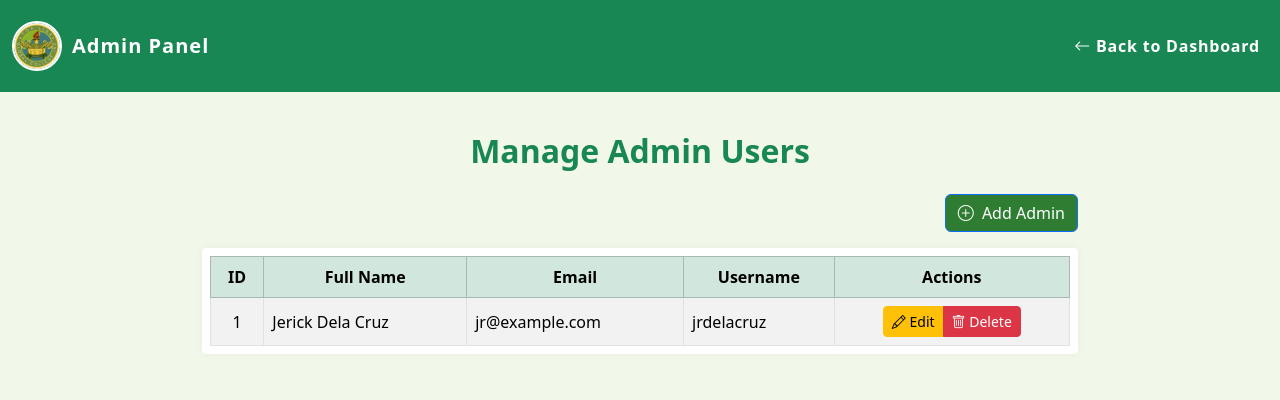
Repository: partymaker01/IT2C_Enrollment_System_SourceCode
Page: http://localhost/IT2C_Enrollment_System_SourceCode/ADMIN/User_Management/manage-admins-users.php
These files come from the project's save history. The page is drawn as it stood at one moment and after the next save; the edit follows.
The browser window is 1280 px wide. The pictures show the whole page.
The page is run by PHP 8.4 with error messages shown; the project is at /var/www/html/.

Above is the page before, as saved 2025-05-31 00:07:58.

### ADMIN/User_Management/manage-admins-users.php
<?php

$admins = [
  ['id' => 1, 'name' => 'Jerick Dela Cruz', 'email' => 'jr@example.com', 'username' => 'jrdelacruz']
];

if ($_SERVER['REQUEST_METHOD'] === 'POST') {
  $newAdmin = [
    'id' => count($admins) + 1,
    'name' => $_POST['fullName'],
    'email' => $_POST['email'],
    'username' => $_POST['username']
  ];
  $admins[] = $newAdmin;
}
?>
<!DOCTYPE html>
<html lang="en">
<head>
  <meta charset="UTF-8" />
  <title>Manage Admin Users</title>
  <meta name="viewport" content="width=device-width, initial-scale=1" />
  <link href="https://cdn.jsdelivr.net/npm/bootstrap@5.3.2/dist/css/bootstrap.min.css" rel="stylesheet" />
  <script src="https://cdn.jsdelivr.net/npm/bootstrap@5.3.2/dist/js/bootstrap.bundle.min.js"></script>
  <link rel="icon" href="favicon.ico" type="image/x-icon">
  <style>
    body {
      background-color: #f1f8e9;
    }
        .navbar {
      background-color: #2e7d32;
    }
    .navbar-brand, .nav-link {
      color: #fff !important;
      font-weight: 600;
      letter-spacing: 0.05em;
    }
    .nav-link:hover {
      color: #c8e6c9 !important;
    }
    .school-logo {
      width: 50px;
      height: 50px;
      object-fit: cover;
      border-radius: 50%;
      margin-right: 10px;
      border: 2px solid #fff;
    }
    .container {
      margin-top: 40px;
      max-width: 900px;
    }
    .modal-header, .btn-primary {
      background-color: #2e7d32;
      color: white;
    }
    .btn-primary:hover, .btn-warning:hover, .btn-danger:hover {
      filter: brightness(0.9);
      transition: filter 0.2s ease-in-out;
    }
    .table-responsive {
      box-shadow: 0 0 10px rgba(0,0,0,0.05);
      border-radius: 0.25rem;
      background: white;
      padding: 0.5rem;
    }
    @media (max-width: 576px) {
      .btn-sm {
        width: 100%;
        margin-bottom: 0.3rem;
      }
      .btn-group-sm > .btn {
        margin-bottom: 0.3rem;
      }
    }
  </style>
</head>
<body>
  <!-- 🟢 Edit Admin Modal -->
<div class="modal fade" id="editAdminModal" tabindex="-1" aria-labelledby="editAdminModalLabel" aria-hidden="true">
  <div class="modal-dialog modal-dialog-centered modal-lg">
    <div class="modal-content">
      <div class="modal-header bg-warning">
        <h5 class="modal-title text-white" id="editAdminModalLabel">Edit Admin</h5>
        <button type="button" class="btn-close btn-close-white" data-bs-dismiss="modal" aria-label="Close"></button>
      </div>
      <div class="modal-body">
        <form id="editForm" method="POST" action="edit.php">
          <input type="hidden" id="editId" name="id">
          <div class="mb-3">
            <label for="editFullName" class="form-label">Full Name</label>
            <input type="text" class="form-control" id="editFullName" name="fullName" required>
          </div>
          <div class="mb-3">
            <label for="editEmail" class="form-label">Email</label>
            <input type="email" class="form-control" id="editEmail" name="email" required>
          </div>
          <div class="mb-3">
            <label for="editUsername" class="form-label">Username</label>
            <input type="text" class="form-control" id="editUsername" name="username" required>
          </div>
          <button type="submit" class="btn btn-warning w-100">Update Admin</button>
        </form>
      </div>
    </div>
  </div>
</div>

<!-- 🔴 Delete Confirmation Modal -->
<div class="modal fade" id="deleteAdminModal" tabindex="-1" aria-labelledby="deleteAdminModalLabel" aria-hidden="true">
  <div class="modal-dialog modal-dialog-centered">
    <div class="modal-content">
      <div class="modal-header bg-danger text-white">
        <h5 class="modal-title" id="deleteAdminModalLabel">Confirm Delete</h5>
        <button type="button" class="btn-close btn-close-white" data-bs-dismiss="modal" aria-label="Close"></button>
      </div>
      <div class="modal-body">
        Are you sure you want to delete this admin?
      </div>
      <div class="modal-footer">
        <form id="deleteForm" method="POST" action="delete.php">
          <input type="hidden" id="deleteId" name="id">
          <button type="button" class="btn btn-secondary" data-bs-dismiss="modal">Cancel</button>
          <button type="submit" class="btn btn-danger">Yes, Delete</button>
        </form>
      </div>
    </div>
  </div>
</div>
  <nav class="navbar navbar-expand-lg navbar-dark bg-success py-3">
  <div class="container-fluid">
    <a class="navbar-brand d-flex align-items-center" href="#">
      <img src="/IT2C_Enrollment_System_SourceCode/picture/tlgc_pic.jpg" alt="School Logo" class="school-logo">
      Admin Panel
    </a>
    <button class="navbar-toggler" type="button" data-bs-toggle="collapse" data-bs-target="#navbarNav" aria-controls="navbarNav" aria-expanded="false" aria-label="Toggle navigation">
      <span class="navbar-toggler-icon"></span>
      </button>
      <div class="collapse navbar-collapse" id="navbarNav">
        <ul class="navbar-nav ms-auto">
          <li class="nav-item"><a class="nav-link" href="/IT2C_Enrollment_System_SourceCode/ADMIN/admin-dashboard.php" class="btn btn-outline-secondary mb-3">
          <i class="bi bi-arrow-left"></i> Back to Dashboard
          </a>
      </ul>
      </div>
    </div>
  </nav>
  <div class="container">
    <h2 class="text-center mb-4 text-success fw-bold">
      Manage Admin Users
    </h2>
    <div class="d-flex justify-content-end mb-3">
      <button class="btn btn-primary" data-bs-toggle="modal" data-bs-target="#addAdminModal">
        <i class="bi bi-plus-circle me-1"></i>
        Add Admin
      </button>
    </div>

    <div class="table-responsive">
      <table class="table table-bordered table-striped align-middle mb-0">
        <thead class="table-success text-center">
          <tr>
            <th>
              ID
            </th>
            <th>
              Full Name
            </th>
            <th>
              Email
            </th>
            <th>
              Username
            </th>
            <th style="min-width:140px;">
              Actions
            </th>
          </tr>
        </thead>
        <tbody>
          <?php foreach ($admins as $admin): ?>
          <tr>
            <td class="text-center"><?= htmlspecialchars($admin['id']) ?></td>
            <td><?= htmlspecialchars($admin['name']) ?></td>
            <td><?= htmlspecialchars($admin['email']) ?></td>
            <td><?= htmlspecialchars($admin['username']) ?></td>
            <td class="text-center">
            <div class="btn-group btn-group-sm" role="group" aria-label="Admin Actions">
              <button class="btn btn-warning" title="Edit" onclick="editData(<?= $admin['id'] ?>)">
                <i class="bi bi-pencil"></i> Edit
              </button>
              <button class="btn btn-danger" title="Delete" onclick="deleteData(<?= $admin['id'] ?>)">
                <i class="bi bi-trash"></i> Delete
              </button>
            </div>
          </td>
          </tr>
          <?php endforeach; ?>
        </tbody>
      </table>
    </div>
  </div>


  <div class="modal fade" id="addAdminModal" tabindex="-1" aria-labelledby="addAdminModalLabel" aria-hidden="true">
    <div class="modal-dialog modal-dialog-centered modal-lg">
      <div class="modal-content">
        <div class="modal-header">
          <h5 class="modal-title" id="addAdminModalLabel">
            Add New Admin
          </h5>
          <button type="button" class="btn-close btn-close-white" data-bs-dismiss="modal" aria-label="Close"></button>
        </div>
        <div class="modal-body">
          <form method="POST" novalidate>
            <div class="mb-3">
              <label for="fullName" class="form-label">
                Full Name
              </label>
              <input
                type="text"
                class="form-control"
                id="fullName"
                name="fullName"
                placeholder="Enter full name"
                required
              />
              <div class="invalid-feedback">
                Please enter the full name.
              </div>
            </div>
            <div class="mb-3">
              <label for="email" class="form-label">
                Email
              </label>
              <input
                type="email"
                class="form-control"
                id="email"
                name="email"
                placeholder="Enter email address"
                required
              />
              <div class="invalid-feedback">
                Please enter a valid email address.
              </div>
            </div>
            <div class="mb-3">
              <label for="username" class="form-label">
                Username
              </label>
              <input
                type="text"
                class="form-control"
                id="username"
                name="username"
                placeholder="Enter username"
                required
              />
              <div class="invalid-feedback">
                Please enter a username.
              </div>
            </div>
            <div class="mb-3">
              <label for="password" class="form-label">
                Password
              </label>
              <input
                type="password"
                class="form-control"
                id="password"
                name="password"
                placeholder="Enter password"
                required
              />
              <div class="invalid-feedback">
                Please enter a password.
              </div>
            </div>
            <button type="submit" class="btn btn-primary w-100">
              Save Admin
            </button>
          </form>
        </div>
      </div>
    </div>
  </div>

  <script>
    function editData(id) {
    window.location.href = 'edit.php?id=' + id;
  }

  function deleteData(id) {
    if (confirm('Are you sure you want to delete this record?')) {
      window.location.href = 'delete.php?id=' + id;
    }
  }
    (() => {
      'use strict';
      const forms = document.querySelectorAll('form');

      Array.from(forms).forEach(form => {
        form.addEventListener('submit', event => {
          if (!form.checkValidity()) {
            event.preventDefault();
            event.stopPropagation();
          }
          form.classList.add('was-validated');
        }, false);
      });
    })();
  </script>

  <link
    rel="stylesheet"
    href="https://cdn.jsdelivr.net/npm/bootstrap-icons@1.10.5/font/bootstrap-icons.css"
  />
</body>
</html>

After the next save:
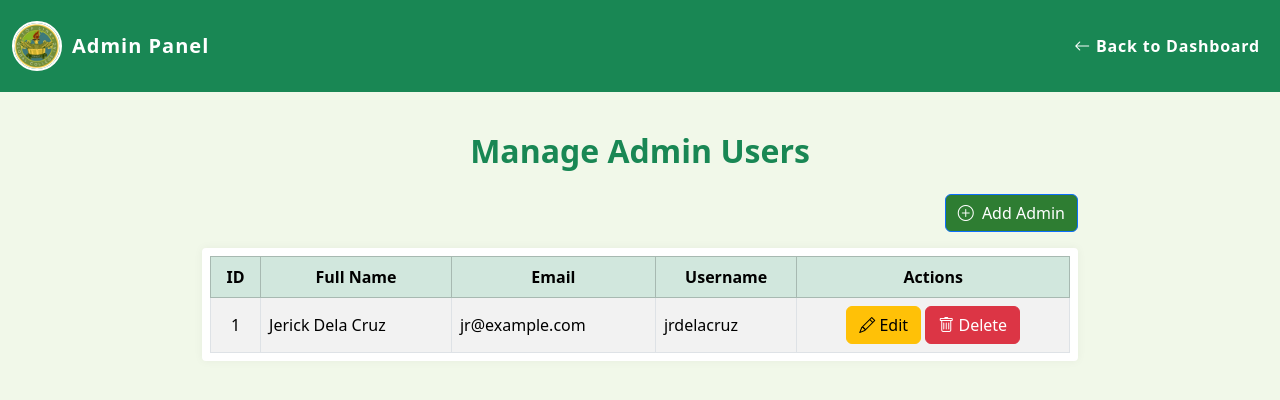
Saved 32 s later.
--- a/ADMIN/User_Management/manage-admins-users.php
+++ b/ADMIN/User_Management/manage-admins-users.php
@@ -185,13 +185,15 @@ if ($_SERVER['REQUEST_METHOD'] === 'POST') {
             <td><?= htmlspecialchars($admin['email']) ?></td>
             <td><?= htmlspecialchars($admin['username']) ?></td>
             <td class="text-center">
-            <div class="btn-group btn-group-sm" role="group" aria-label="Admin Actions">
-              <button class="btn btn-warning" title="Edit" onclick="editData(<?= $admin['id'] ?>)">
-                <i class="bi bi-pencil"></i> Edit
-              </button>
-              <button class="btn btn-danger" title="Delete" onclick="deleteData(<?= $admin['id'] ?>)">
-                <i class="bi bi-trash"></i> Delete
-              </button>
+<button class="btn btn-warning" title="Edit"
+  onclick="showEditModal(<?= $admin['id'] ?>, '<?= addslashes($admin['name']) ?>', '<?= $admin['email'] ?>', '<?= $admin['username'] ?>')">
+  <i class="bi bi-pencil"></i> Edit
+</button>
+
+<button class="btn btn-danger" title="Delete"
+  onclick="showDeleteModal(<?= $admin['id'] ?>)">
+  <i class="bi bi-trash"></i> Delete
+</button>
             </div>
           </td>
           </tr>
